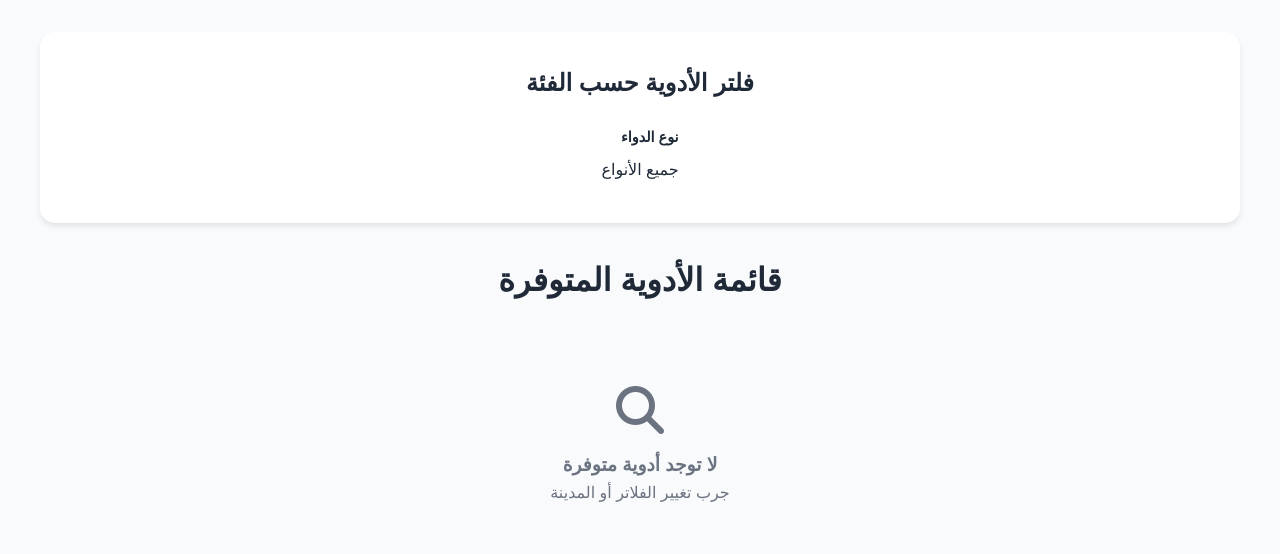
Repository: salahalhadiedris/249dwa.sudan
Page: http://localhost/products/
An editor plug-in stored every save of this project. The page is shown before and after the next save, followed by the edit.
The browser window is 1280 px wide. The pictures show the whole page.
Some web fonts or font styles are not loaded; a fallback is used. The page is served by the project's application, run on Django 5.2 (manage.py). Queries for data that is not in the repository find no rows.

Above is the page before, as saved 2025-11-17 20:08:58.

After the next save:
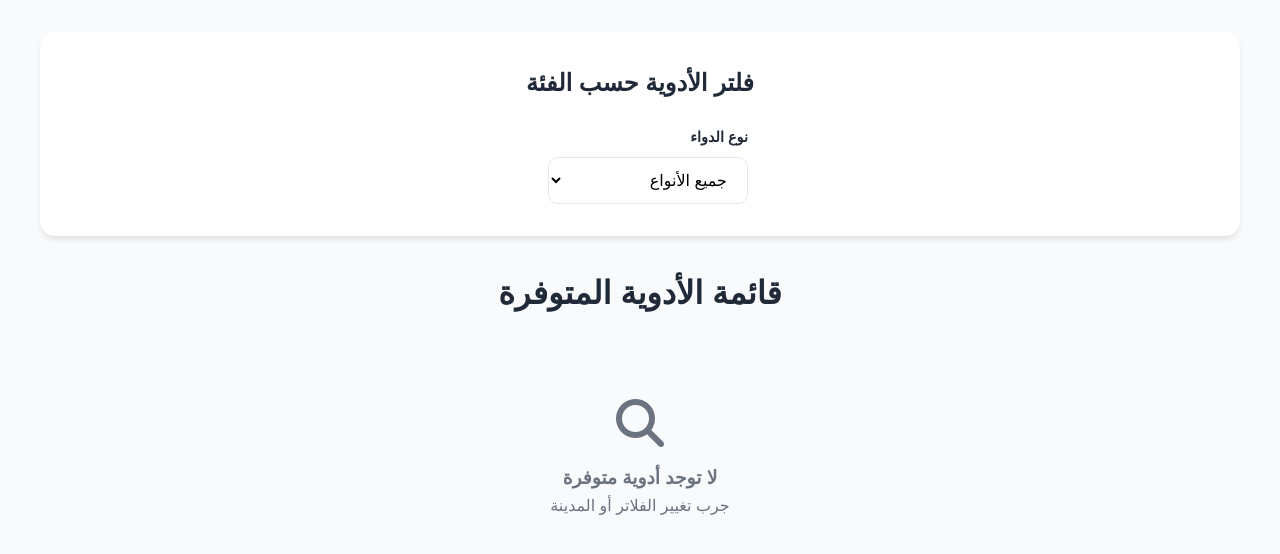
Saved 16 s later.
--- a/pages/templates/pages/products.html
+++ b/pages/templates/pages/products.html
@@ -625,7 +625,7 @@
 
                 <div class="filter-group">
                     <label class="filter-label">نوع الدواء</label>
-                    <div class="category-card" data-category-id="{{ category.id }}" onclick="filterByCategory(this.getAttribute('data-category-id'))">
+                    <select class="filter-select" name="category" id="typeFilter">
                         <option value="">جميع الأنواع</option>
                         {% for category in categories %}
                             <option value="{{ cat.id }}" {% if cat.id|stringformat:"s" == request.GET.category %}selected{% endif %}>{{ cat.name }}</option>
